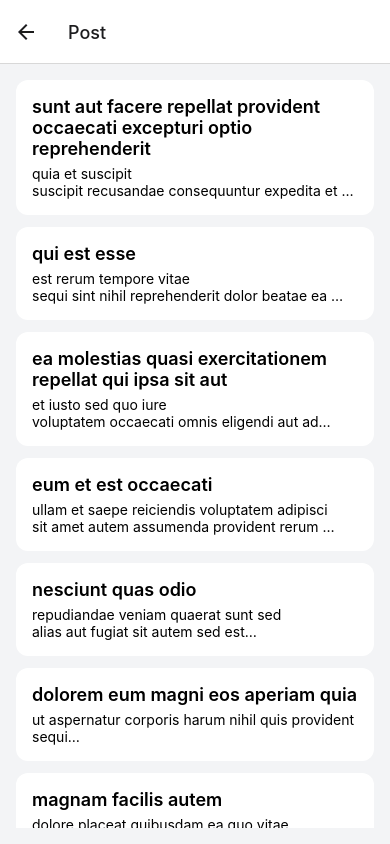
Repository: nawaz1568/Task_counter
Screen: /Post
The author's editor kept a copy of each file at every save. The screen is drawn from the files as they stood at one save, then again after the next save.
An inner scrolling area shows only its first screen. The app was drawn by React Native's web renderer in a window 390 px wide. The project was rebuilt for these pictures with package versions that can differ from the ones it lists, and the page was loaded fresh each time. Also part of the build but not shown: src/components/Header.js, src/screens/PostListScreen.js, src/screens/PostDetailScreen.js, src/screens/CounterScreen.js, src/screens/AnotherDetailScreen.js.

Above is the screen before, as saved 2025-09-09 14:21:03.

### App.js
import React from 'react';
import { NavigationContainer } from '@react-navigation/native';
import { createNativeStackNavigator } from '@react-navigation/native-stack';
import LoginScreen from './src/screens/LoginScreen';
import PostListScreen from './src/screens/PostListScreen';
import PostDetailScreen from './src/screens/PostDetailScreen';
import CounterScreen from './src/screens/CounterScreen';
import PostsScreen from './src/screens/PostsScreen';
import AnotherDetailScreen from './src/screens/AnotherDetailScreen';

const Stack = createNativeStackNavigator();

export default function App() {
  return (
    <NavigationContainer>
      <Stack.Navigator initialRouteName="Login">
        <Stack.Screen name="Login" component={LoginScreen} options={{ title: 'Login' }} />
        <Stack.Screen name="Posts" component={PostListScreen} options={{ title: 'Posts' }} />
        <Stack.Screen name="Details" component={PostDetailScreen} options={{ title: 'Post Details' }} />
        <Stack.Screen name="AnotherDetails" component={AnotherDetailScreen} options={{ title: 'Another Detail' }} />
        <Stack.Screen name="Post" component={PostsScreen} options={{ title: 'Post' }} />
        <Stack.Screen name="Counter" component={CounterScreen} options={{ title: 'Counter' }} />
      </Stack.Navigator>
    </NavigationContainer>
  );
}

### src/screens/LoginScreen.js
import React, { useState } from 'react';
import { View, Text, TextInput, Alert, TouchableOpacity, StyleSheet } from 'react-native';

export default function LoginScreen({ navigation }) {
  const [email, setEmail] = useState('');
  const [password, setPassword] = useState('');

  // Login button function
  const onLogin = () => {
    Alert.alert('Login', `Email: ${email}\nPassword: ${password}`);
    navigation.navigate('Posts'); // Navigate to Posts screen
  };

  // Go to Counter Demo button function
  const goToCounter = () => {
    navigation.navigate('Counter'); // Navigate to Counter screen
  };

  return (
    <View style={styles.container}>
      <Text style={styles.title}>Welcome</Text>

      {/* Text Inputs */}
      <TextInput
        placeholder="Email"
        value={email}
        onChangeText={setEmail}
        keyboardType="email-address"
        autoCapitalize="none"
        style={styles.input}
      />
      <TextInput
        placeholder="Password"
        value={password}
        onChangeText={setPassword}
        secureTextEntry
        style={styles.input}
      />

      {/* Login Button */}
      <TouchableOpacity style={styles.button} onPress={onLogin}>
        <Text style={styles.buttonText}>Login</Text>
      </TouchableOpacity>

{/* JSON Button */}
<TouchableOpacity
  style={[styles.button, { backgroundColor: '#2563eb', marginTop: 12 }]}
  onPress={() => navigation.navigate('Post')} // matches Stack.Screen
>
  <Text style={styles.buttonText}>JSON Button</Text>
</TouchableOpacity>


      {/* Dummy Button */}
      <TouchableOpacity style={[styles.button, { backgroundColor: '#10b981', marginTop: 12 }]}>
        <Text style={styles.buttonText}>Dummy Button</Text>
      </TouchableOpacity>

      {/* Go to Counter Demo Button */}
      <TouchableOpacity style={[styles.button, { backgroundColor: '#f59e0b', marginTop: 12 }]} onPress={goToCounter}>
        <Text style={styles.buttonText}>Go to Counter Demo</Text>
      </TouchableOpacity>
    </View>
  );
}

const styles = StyleSheet.create({
  container: {
    flex: 1,
    alignItems: 'center',
    justifyContent: 'center',
    padding: 20,
    backgroundColor: '#f9fafb',
  },
  title: { fontSize: 24, fontWeight: '700', marginBottom: 24 },
  input: {
    width: '100%',
    borderWidth: 1,
    borderColor: '#d1d5db',
    borderRadius: 12,
    padding: 12,
    marginBottom: 12,
    backgroundColor: '#fff',
  },
  button: {
    width: '100%',
    padding: 14,
    backgroundColor: '#111827',
    borderRadius: 12,
    alignItems: 'center',
    marginTop: 4,
  },
  buttonText: { color: '#fff', fontWeight: '600' },
});

### src/screens/PostsScreen.js

import React from 'react';
import { View, Text, FlatList, TouchableOpacity, StyleSheet } from 'react-native';
import postsData from '../data/posts.json';

export default function PostsScreen({ navigation }) {
  const renderItem = ({ item }) => (
    <TouchableOpacity
      style={styles.card}
      onPress={() =>
        navigation.navigate('AnotherDetails', {
          name: item.title,        // must match keys in AnotherDetailScreen
          description: item.body,  // must match keys in AnotherDetailScreen
        })
      }
    >
      <Text style={styles.title}>{item.title}</Text>
      <Text numberOfLines={2}>{item.body}</Text>
    </TouchableOpacity>
  );

  return (
    <View style={styles.container}>
      <FlatList
        data={postsData}
        keyExtractor={(item) => item.id.toString()}
        renderItem={renderItem}
      />
    </View>
  );
}

const styles = StyleSheet.create({
  container: { flex: 1, padding: 16, backgroundColor: '#f3f4f6' },
  card: {
    backgroundColor: '#fff',
    padding: 16,
    borderRadius: 12,
    marginBottom: 12,
  },
  title: { fontSize: 18, fontWeight: '600', marginBottom: 6 },
});

Loaded but not shown: src/data/posts.json (common file)

After the next save:
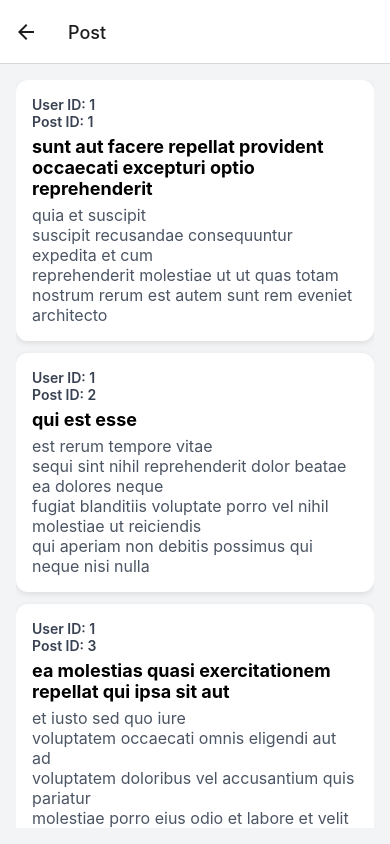
Saved 103 s later.
--- a/src/screens/PostsScreen.js
+++ b/src/screens/PostsScreen.js
@@ -1,7 +1,6 @@
-
 import React from 'react';
 import { View, Text, FlatList, TouchableOpacity, StyleSheet } from 'react-native';
-import postsData from '../data/posts.json';
+import postsData from '../data/posts.json'; // your JSON file
 
 export default function PostsScreen({ navigation }) {
   const renderItem = ({ item }) => (
@@ -9,13 +8,15 @@ export default function PostsScreen({ navigation }) {
       style={styles.card}
       onPress={() =>
         navigation.navigate('AnotherDetails', {
-          name: item.title,        // must match keys in AnotherDetailScreen
-          description: item.body,  // must match keys in AnotherDetailScreen
+          name: item.title,        // pass title
+          description: item.body,  // pass body
         })
       }
     >
+      <Text style={styles.heading}>User ID: {item.userId}</Text>
+      <Text style={styles.heading}>Post ID: {item.id}</Text>
       <Text style={styles.title}>{item.title}</Text>
-      <Text numberOfLines={2}>{item.body}</Text>
+      <Text style={styles.body}>{item.body}</Text>
     </TouchableOpacity>
   );
 
@@ -31,12 +32,33 @@ export default function PostsScreen({ navigation }) {
 }
 
 const styles = StyleSheet.create({
-  container: { flex: 1, padding: 16, backgroundColor: '#f3f4f6' },
+  container: {
+    flex: 1,
+    padding: 16,
+    backgroundColor: '#f3f4f6',
+  },
   card: {
-    backgroundColor: '#fff',
+    backgroundColor: '#fff', // white background for cards
     padding: 16,
     borderRadius: 12,
     marginBottom: 12,
+    shadowColor: '#000',
+    shadowOpacity: 0.1,
+    shadowRadius: 6,
+    shadowOffset: { width: 0, height: 2 },
   },
-  title: { fontSize: 18, fontWeight: '600', marginBottom: 6 },
+  heading: {
+    fontSize: 14,
+    fontWeight: '600',
+    color: '#374151',
+  },
+  title: {
+    fontSize: 18,
+    fontWeight: '700',
+    marginVertical: 6,
+  },
+  body: {
+    fontSize: 16,
+    color: '#4b5563',
+  },
 });
